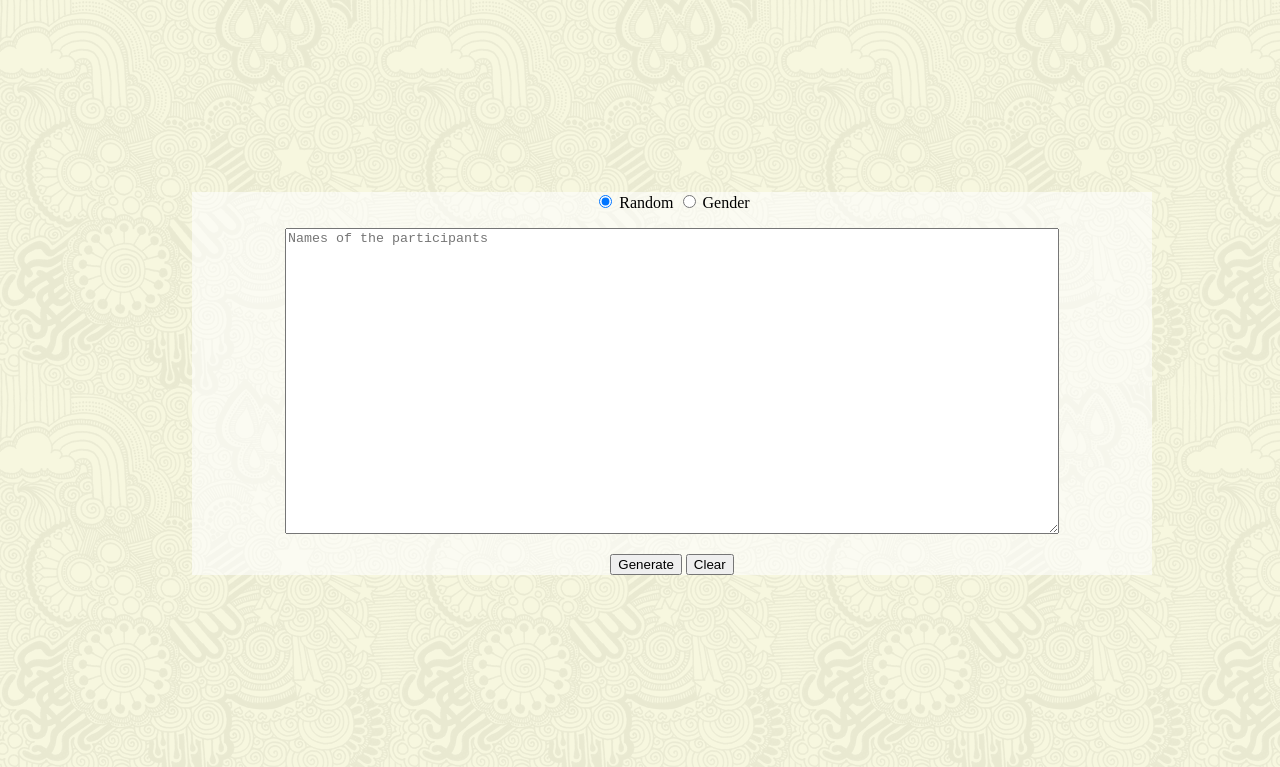
Repository: Maxenboy/Computer-Engineering-BA-A-Web-Programming-with-HTML5-CSS3-and-JavaScript-DT146G
Page: Mittuniversitet/TeamGenerator/index.html
These files come from the project's save history. The page is drawn as it stood at one moment and after the next save; the edit follows.
The browser window is 1280 px wide. The pictures show the whole page.
Backgrounds fixed to the window are drawn as part of the page.

Above is the page before, as saved 2014-09-22 15:12:10.
Console error: ReferenceError: init is not defined

After the next save:
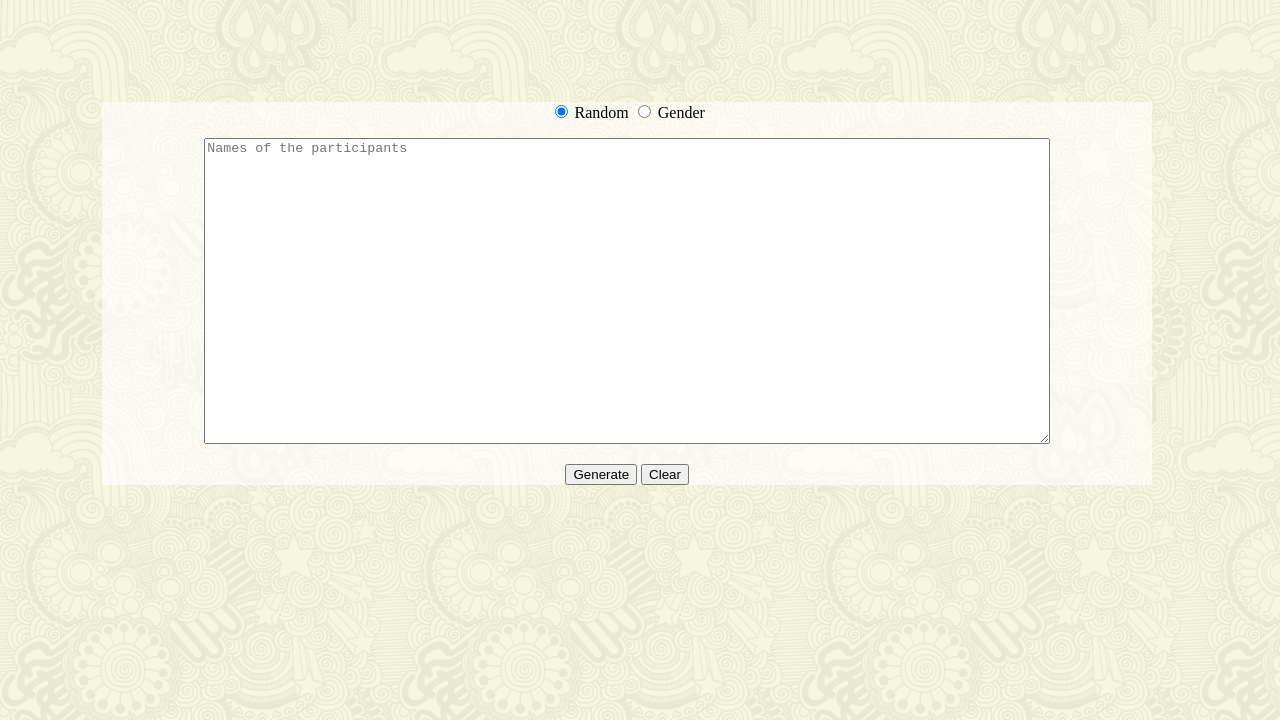
Saved 32 s later.
--- a/Mittuniversitet/TeamGenerator/css/main.css
+++ b/Mittuniversitet/TeamGenerator/css/main.css
@@ -8,7 +8,7 @@
 }
 body {
 	background-color: rgba(255,255,255,.6);
-	margin: 15% 10% 15% 15%;
+	margin: 8% 10% 15% 8%;
 }
 textarea {
 	width: 80%;
